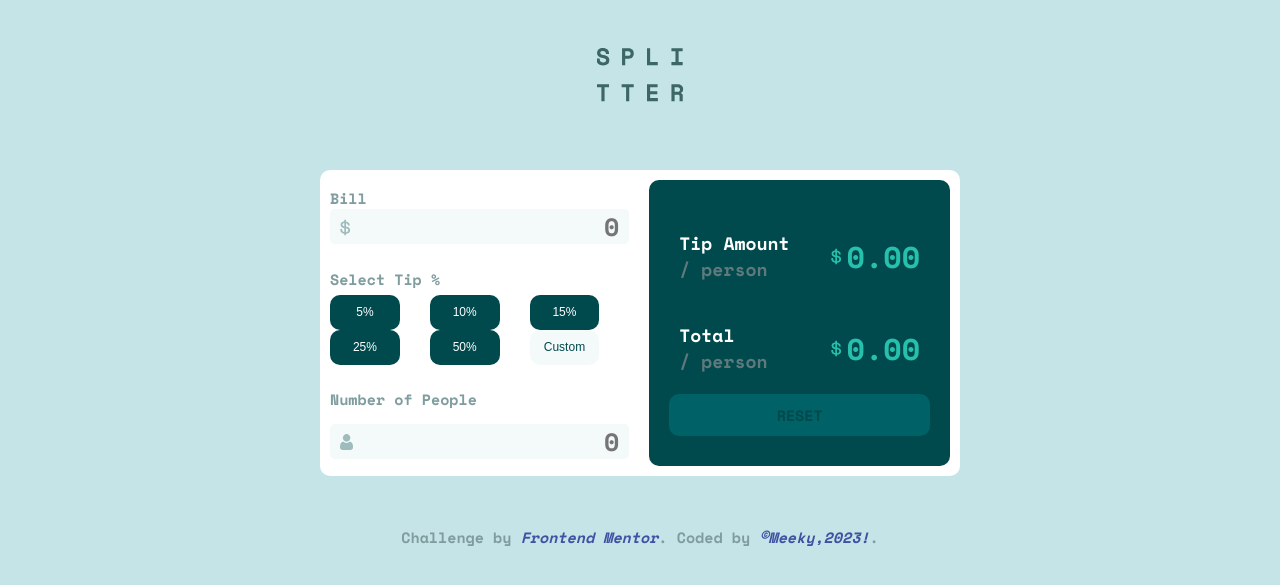
Repository: MeekyBerry/Frontend-Mentor-Challenges
Page: tip-calculator-app/index.html
The author's editor kept a copy of each file at every save. The page is drawn from the files as they stood at one save, then again after the next save.
The browser window is 1280 px wide. The pictures show the whole page.

Above is the page before, as saved 2023-04-07 20:20:22.

### tip-calculator-app/index.html
<!DOCTYPE html>
<html lang="en">

<head>
  <meta charset="UTF-8">
  <meta name="viewport" content="width=device-width, initial-scale=1.0">
  <link rel="icon" type="image/png" sizes="32x32" href="./css/images/favicon-32x32.png">
  <title> Tip calculator app</title>
  <link rel="stylesheet" href="./css/style.css">
  <script src="./script.js" defer></script>
</head>

<body>
  <div class="heading-logo">
    <img src="./css/images/logo.svg" alt="Logo" class="logo">
  </div>

  <form id="form" class="background">
    <div class="first-container">
      <div class="bill-container">
        <label for="bill">Bill</label>
        <input type="number" id="bill" placeholder="0" class="bill-input__img input-bar">
      </div>

      <div class="tip">
        <div class="tip--heading">Select Tip %</div>
        <div class="percent-container">
          <button type="button" class="percent five">5%</button>
          <button type="button" class="percent ten">10%</button>
          <button type="button" class="percent fiftheen">15%</button>
          <button type="button" class="percent twenty-five">25%</button>
          <button type="button" class="percent fifty">50%</button>
          <button type="button" class="percent custom" id="cst-btn">Custom</button>
        </div>
      </div <div>
      <div class="people-validate">
        <label for="number">Number of People</label>
        <span id="validate" class="people-zero">Can't be zero</span>
      </div>
      <div class="icon-box">
        <input type="number" id="people" class="people-input__img input-bar" placeholder="0">
      </div>
    </div>
    </div>

    <div class="second-container">
      <div class="amount">
        <p>Tip Amount <span class="person">/ person</span></p>
        <div class="digit">
          <svg xmlns="http://www.w3.org/2000/svg" width="11" height="17">
            <path fill="var(--Strong-cyan)"
              d="M6.016 16.328v-1.464c1.232-.08 2.22-.444 2.964-1.092.744-.648 1.116-1.508 1.116-2.58v-.144c0-.992-.348-1.772-1.044-2.34-.696-.568-1.708-.932-3.036-1.092V4.184c.56.144 1.012.4 1.356.768.344.368.516.816.516 1.344v.288h1.824v-.432c0-.448-.088-.876-.264-1.284a3.783 3.783 0 00-.744-1.116A4.251 4.251 0 007.54 2.9a5.324 5.324 0 00-1.524-.492V.872H4.288V2.36a5.532 5.532 0 00-1.416.324c-.448.168-.84.392-1.176.672-.336.28-.604.616-.804 1.008-.2.392-.3.844-.3 1.356v.144c0 .96.316 1.708.948 2.244.632.536 1.548.884 2.748 1.044v3.912c-.704-.16-1.248-.472-1.632-.936-.384-.464-.576-1.08-.576-1.848v-.288H.256v.576c0 .464.08.924.24 1.38.16.456.404.88.732 1.272.328.392.744.728 1.248 1.008s1.108.476 1.812.588v1.512h1.728zM4.288 7.424c-.688-.128-1.164-.332-1.428-.612-.264-.28-.396-.644-.396-1.092 0-.464.176-.832.528-1.104.352-.272.784-.448 1.296-.528v3.336zm1.728 5.712V9.344c.768.128 1.328.328 1.68.6.352.272.528.688.528 1.248 0 .544-.196.984-.588 1.32-.392.336-.932.544-1.62.624z" />
          </svg>
          <span id="tip-amount" class="amount-span">0.00</span>
        </div>
      </div>

      <div class="amount">
        <p>Total <span class="person">/ person</span></p>
        <div class="digit">
          <svg xmlns="http://www.w3.org/2000/svg" width="11" height="17">
            <path fill="var(--Strong-cyan)"
              d="M6.016 16.328v-1.464c1.232-.08 2.22-.444 2.964-1.092.744-.648 1.116-1.508 1.116-2.58v-.144c0-.992-.348-1.772-1.044-2.34-.696-.568-1.708-.932-3.036-1.092V4.184c.56.144 1.012.4 1.356.768.344.368.516.816.516 1.344v.288h1.824v-.432c0-.448-.088-.876-.264-1.284a3.783 3.783 0 00-.744-1.116A4.251 4.251 0 007.54 2.9a5.324 5.324 0 00-1.524-.492V.872H4.288V2.36a5.532 5.532 0 00-1.416.324c-.448.168-.84.392-1.176.672-.336.28-.604.616-.804 1.008-.2.392-.3.844-.3 1.356v.144c0 .96.316 1.708.948 2.244.632.536 1.548.884 2.748 1.044v3.912c-.704-.16-1.248-.472-1.632-.936-.384-.464-.576-1.08-.576-1.848v-.288H.256v.576c0 .464.08.924.24 1.38.16.456.404.88.732 1.272.328.392.744.728 1.248 1.008s1.108.476 1.812.588v1.512h1.728zM4.288 7.424c-.688-.128-1.164-.332-1.428-.612-.264-.28-.396-.644-.396-1.092 0-.464.176-.832.528-1.104.352-.272.784-.448 1.296-.528v3.336zm1.728 5.712V9.344c.768.128 1.328.328 1.68.6.352.272.528.688.528 1.248 0 .544-.196.984-.588 1.32-.392.336-.932.544-1.62.624z" />
          </svg>
          <span id="total-amount" class="amount-span">0.00</span>
        </div>
      </div>
      <div class="btn-wrapper">
        <button type="reset" id="reset" class="btn">Reset</button>
      </div>
    </div>
  </form>

  <div class="attribution">
    Challenge by <a href="https://www.frontendmentor.io?ref=challenge" target="_blank">Frontend Mentor</a>.
    Coded by <a href="https://www.linkedin.com/in/mikkylanky/" target="_blank">&copy;Meeky,2023!</a>.
  </div>
</body>

</html>

### tip-calculator-app/css/style.css
@import url("https://fonts.googleapis.com/css2?family=Space+Mono:wght@400;700&display=swap");

:root {
  /* ### Primary */
  --Strong-cyan: hsl(172, 67%, 45%);
  /* ### Neutral */
  --Very-dark-cyan: hsl(183, 100%, 15%);
  --Dark-grayish-cyan: hsl(186, 14%, 43%);
  --Grayish-cyan: hsl(184, 14%, 56%);
  --Light-grayish-cyan: hsl(185, 41%, 84%);
  --Very-light-grayish-cyan: hsl(189, 41%, 97%);
  --White: hsl(0, 0%, 100%);
  --dark-blue: hsl(228, 45%, 44%);
}

html {
  font-size: 50%;
}

*,
::before,
::after {
  margin: 0;
  padding: 0;
  box-sizing: border-box;
}

body {
  font-size: 1.8rem;
  font-family: "Space Mono", sans-serif;
  font-weight: 700;
  background-color: var(--Light-grayish-cyan);
  color: var(--Grayish-cyan);
  height: 100%;
  width: 100%;
}

.heading-logo {
  height: 15rem;
  width: 100%;
  position: relative;
}

.logo {
  position: absolute;
  top: 50%;
  left: 50%;
  transform: translate(-50%, -50%);
}

.background {
  display: flex;
  flex-direction: column;
  justify-content: space-around;
  gap: 1rem;
  background-color: var(--White);
  height: 100%;
  width: 60%;
  border-radius: 1rem;
  padding: 1rem;
  margin: 2rem auto;
  -webkit-border-radius: 1rem;
  -moz-border-radius: 1rem;
  -ms-border-radius: 1rem;
  -o-border-radius: 1rem;
}

.people-validate {
  display: flex;
  justify-content: space-between;
  align-items: center;
}

.people-zero {
  color: red;
  font-size: 1.5rem;
  font-weight: 400;
  display: none;
}

label {
  display: block;
  font-size: 1.5rem;
}

.input-bar {
  display: flex;
  justify-content: space-between;
  align-items: center;
  width: 100%;
  height: 3.5rem;
  border: none;
  border-radius: .5rem;
  font-size: 2.5rem;
  font-family: "Space Mono", sans-serif;
  font-weight: 700;
  text-align: end;
  padding: 0 1rem 0 3rem;
}

.input-bar:focus {
  outline-color: var(--Strong-cyan);
}

.bill-input__img {
  background: url(../css/images/icon-dollar.svg) no-repeat var(--Very-light-grayish-cyan) 1rem 1rem;
  padding: 0 1rem 0 3rem;
}

.people-input__img {
  background: url(../css/images/icon-person.svg) no-repeat var(--Very-light-grayish-cyan) 1rem 1rem;
  padding: 0 1rem 0 3rem;
}

/* Remove Arrows/Spinners ON INPUT */
input::-webkit-outer-spin-button,
input::-webkit-inner-spin-button {
  -webkit-appearance: none;
}

/* Firefox */
input[type="number"] {
  -moz-appearance: textfield;
}

.tip {
  padding: 1rem 0;
}

.tip--heading {
  font-size: 1.5rem;
  margin-bottom: .5rem;
}

.percent-container {
  display: grid;
  grid-template-columns: repeat(2, 1fr);
  grid-template-rows: repeat(3, 1fr);
  grid-template-areas:
    "five ten"
    "fiftheen twentyFive"
    "fifty custom";
    jus
  gap: 1rem .5rem;
}

.percent {
  background-color: var(--Very-dark-cyan);
  color: var(--White);
  text-align: center;
  border-radius: 1rem;
  border: none;
  font-size: 1.2rem;
  width: 70%;
  height: 3.5rem;
}

.percent:active {
  background-color: var(--Light-grayish-cyan);
  color: var(--Very-dark-cyan);
  font-weight: 700;
}

.five {
  grid-area: five;
}

.ten {
  grid-area: ten;
}

.fiftheen {
  grid-area: fiftheen;
}

.twenty-five {
  grid-area: twentyFive;
}

.fifty {
  grid-area: fifty;
}

.custom {
  grid-area: custom;
  background-color: var(--Very-light-grayish-cyan);
  color: var(--Very-dark-cyan);
}

.custom-input {
  background-color: var(--Very-light-grayish-cyan);
  color: var(--Very-dark-cyan);
  border: none;
  border-radius: 1rem;
  padding: 0 1rem;
  font-size: 1.5rem;
  font-weight: 700;
  text-align: end;
  width: 100%;
  height: 100%;
}

.custom-input:focus {
  outline-color: var(--Strong-cyan);
}

.second-container {
  background-color: var(--Very-dark-cyan);
  border-radius: 1rem;
  padding: 3rem 2rem;
}

.amount {
  display: flex;
  justify-content: space-between;
  padding: 2rem 1rem;
}

p {
  color: var(--White);
}

.person {
  display: block;
  font-size: 1.8rem;
  color: var(--Dark-grayish-cyan);
}

.digit {
  display: flex;
  align-items: center;
  justify-content: center;
  gap: .5rem;
}

.amount-span {
  font-size: 3rem;
  color: var(--Strong-cyan);
}

.btn {
  width: 100%;
  padding: 1rem;
  background-color: hsl(183, 100%, 20%);
  color: var(--Very-dark-cyan);
  border: none;
  border-radius: 1rem;
  text-transform: uppercase;
  font-size: 1.5rem;
  font-weight: 700;
  font-family: "Space Mono", sans-serif;
  -webkit-border-radius: 1rem;
  -moz-border-radius: 1rem;
  -ms-border-radius: 1rem;
  -o-border-radius: 1rem;
}

.attribution {
  font-size: 1.5rem;
  text-align: center;
  margin-top: 5rem;
}

.attribution a {
  color: var(--dark-blue);
  text-decoration: none;
  font-style: italic;
}

@media only screen and (min-width: 600px) {
  html {
    font-size: 56.25%
  }

  .background {
    width: 40%;
  }
}

@media only screen and (min-width: 900px) {
  html {
    font-size: 62.5%;
  }

  .background {
    width: 50%;
    height: 50%;
    margin: 2rem auto;
    flex-direction: row;
    gap: 2rem;
    padding: 1rem;
  }

  .first-container {
    display: flex;
    flex-direction: column;
    justify-content: space-around;
    flex-basis: 50%;
  }

  .percent-container {
    grid-template-columns: repeat(3, 1fr);
    grid-template-rows: repeat(2, 1fr);
    grid-template-areas:
      "five ten fiftheen"
      "twentyFive fifty custom";
  }

  .second-container {
    display: flex;
    flex-direction: column;
    flex-basis: 50%;
  }

  .btn-wrapper {
    margin-top: auto;
  }
}

### tip-calculator-app/script.js
// 1. Get the bill amount from the input field
const billInput = document.getElementById("bill");
// 2. Get the tip percentage from the Button array
const tipButtons = document.querySelectorAll(".percent");
// 2.1. The percentage array contains a Custom button which toggles to input field when clicked
const customButton = document.querySelector(".custom");
// 2.2. Get the custom percentage from the input field
const customInput = document.createElement("input");
// Add style class to created customInput element
// customInput.classList.add('custom-input');
// 3. Get the number of people from the input field
const peopleInput = document.getElementById("people");
// 4. Calculate the tip amount per person;
const tipAmountSpan = document.getElementById("tip-amount");
// 5. Calculate the total cost per person
const totalAmountSpan = document.getElementById("total-amount");
// 6. Display the tip amount per person
const resetButton = document.getElementById("reset");
const validatePeople = document.getElementById("validate");

let bill = 0;
let tipPercentage = 0;
let customPercentage = 0;
let people = 0;

let inputPeople = false;
let error = true;

// calculate tip and total amount
const calculateTip = () => {
  if (people > 0) {
    inputPeople = true;
    let tip = (bill * (tipPercentage + customPercentage)) / 100;
    let total = bill + tip;
    let tipPerPerson = tip / people;
    let totalPerPerson = total / people;
    tipAmountSpan.textContent = `${tipPerPerson.toFixed(2)}`;
    totalAmountSpan.textContent = `${totalPerPerson.toFixed(2)}`;
  }
};

// add event listener for bill input
billInput.addEventListener("input", () => {
  bill = Number(billInput.value);
  calculateTip();
  disableReset();
});

// add event listener for people input
peopleInput.addEventListener("input", () => {
  if (peopleInput.value === "0") {
    validatePeople.style.display = "block";
    peopleInput.style.outlineColor = "red";
  } else {
    validatePeople.style.display = "none";
    peopleInput.style.outlineColor = "hsl(172, 67%, 45%)";
    people = Number(peopleInput.value);
    calculateTip();
    disableReset();
  }
});

// add event listeners for tip buttons
tipButtons.forEach((button) => {
  button.addEventListener("click", () => {
    if (button.classList.contains("custom")) {
      customInput.type = "number";
      customInput.value = "";
      customInput.classList.add("custom-input");
      if (button.parentNode) {
        button.parentNode.replaceChild(customInput, button);
        customInput.focus();
      }
    } else {
      tipPercentage = Number(button.textContent.replace("%", ""));
      calculateTip();
    }
  });
});

// add event listener for custom input
customInput.addEventListener("input", () => {
  customPercentage = Number(customInput.value);
  calculateTip();
});

// add event listener for reset button
resetButton.addEventListener("click", () => {
  billInput.value = "";
  peopleInput.value = "";
  tipAmountSpan.textContent = "0.00";
  totalAmountSpan.textContent = "0.00";
  bill = 0;
  tipPercentage = 0;
  customPercentage = 0;
  people = 0;
  if (customInput.parentNode) {
    customInput.parentNode.replaceChild(customButton, customInput);
  }
  resetButton.disabled = true;
  disableReset();
  validatePeople.style.display = "none";
});

// disable reset button
const disableReset = () => {
  if (billInput.value.trim() === "" && peopleInput.value.trim() === "") {
    resetButton.disabled = true;
    resetButton.style.backgroundColor = "hsl(183, 100%, 25%)";
  } else {
    resetButton.disabled = false;
    resetButton.style.backgroundColor = "hsl(172, 67%, 45%)";
  }
};

// add event listeners for reset button for the active state
resetButton.addEventListener("mousedown", () => {
  resetButton.style.backgroundColor = "hsl(185, 41%, 84%)";
});

resetButton.addEventListener("mouseup", () => {
  resetButton.style.backgroundColor = "hsl(183, 100%, 25%)";
});

After the next save:
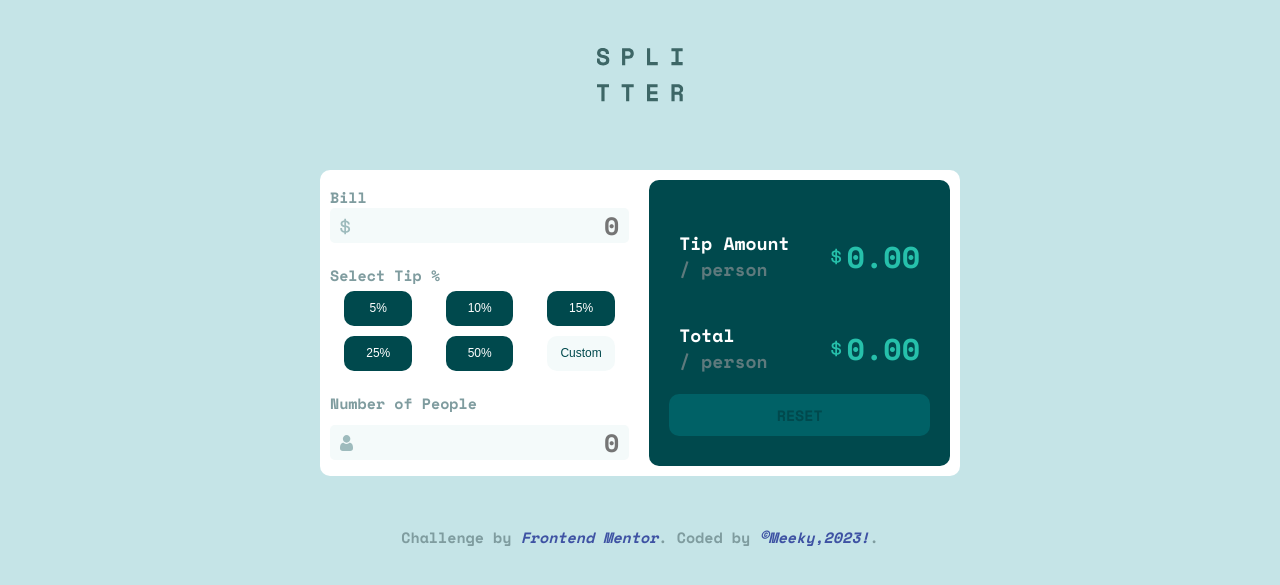
Saved 88 s later.
--- a/tip-calculator-app/css/style.css
+++ b/tip-calculator-app/css/style.css
@@ -140,7 +140,7 @@ input[type="number"] {
     "five ten"
     "fiftheen twentyFive"
     "fifty custom";
-    jus
+    place-items: center;
   gap: 1rem .5rem;
 }
 
